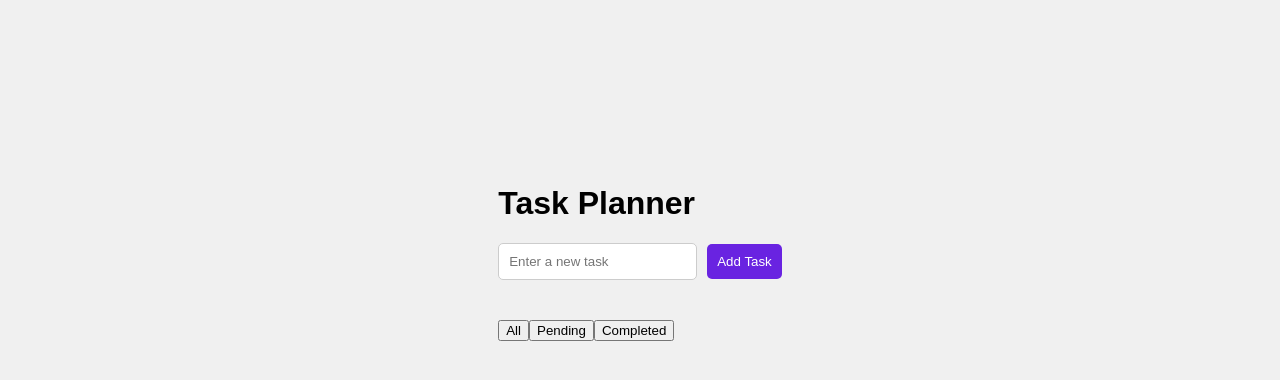
Repository: jgache/COMP-3170-0-Lab4
Page: /
An editor plug-in stored every save of this project. The page is shown before and after the next save, followed by the edit.
The browser window is 1280 px wide. The pictures show the whole page.
The project was rebuilt for these pictures with package versions that can differ from the ones it lists, and the page was loaded fresh each time. Also part of the build but not shown: vite.config.js, src/components/Task.jsx.

Above is the page before, as saved 2024-10-29 22:22:03.

After the next save:
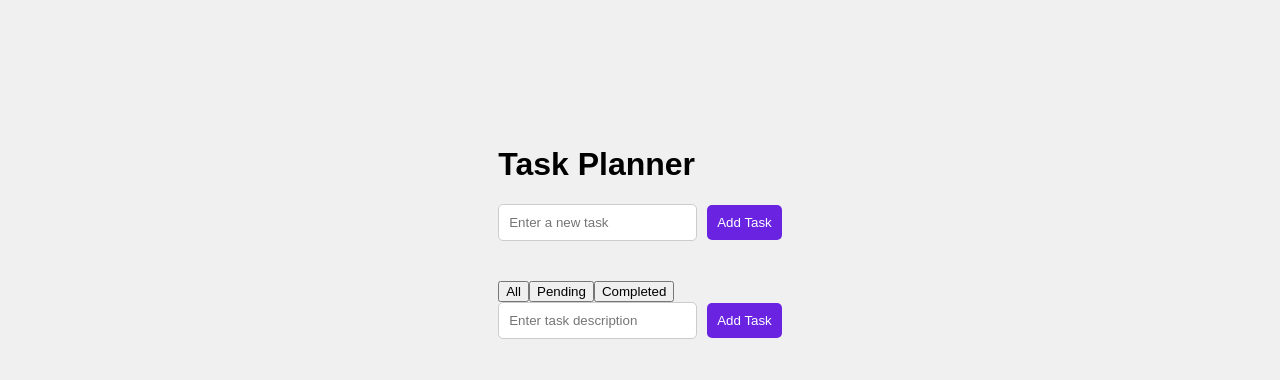
Saved 85 s later.
--- a/src/components/TaskList.jsx
+++ b/src/components/TaskList.jsx
@@ -1,18 +1,31 @@
-import Task from "./Task";
+import React, { useState } from 'react';
 
-function TaskList({ tasks, toggleComplete, deleteTask }) {
+function TaskForm({ addTask }) {
+    const [description, setDescription] = useState("");
+
+    const handleSubmit = (e) => {
+        e.preventDefault();
+        if (description.trim()) {
+            addTask({
+                id: Date.now(), // unique ID for each task
+                description,
+                completed: false // default to incomplete
+            });
+            setDescription(""); // reset input
+        }
+    };
+
     return (
-        <div className="task-list">
-            {tasks.map(task => (
-                <Task
-                    key={task.id}
-                    task={task}
-                    toggleComplete={toggleComplete}
-                    deleteTask={deleteTask}
-                />
-            ))}
-        </div>
+        <form onSubmit={handleSubmit}>
+            <input
+                type="text"
+                value={description}
+                onChange={(e) => setDescription(e.target.value)}
+                placeholder="Enter task description"
+            />
+            <button type="submit">Add Task</button>
+        </form>
     );
 }
 
-export default TaskList;
+export default TaskForm;

After the save that followed:
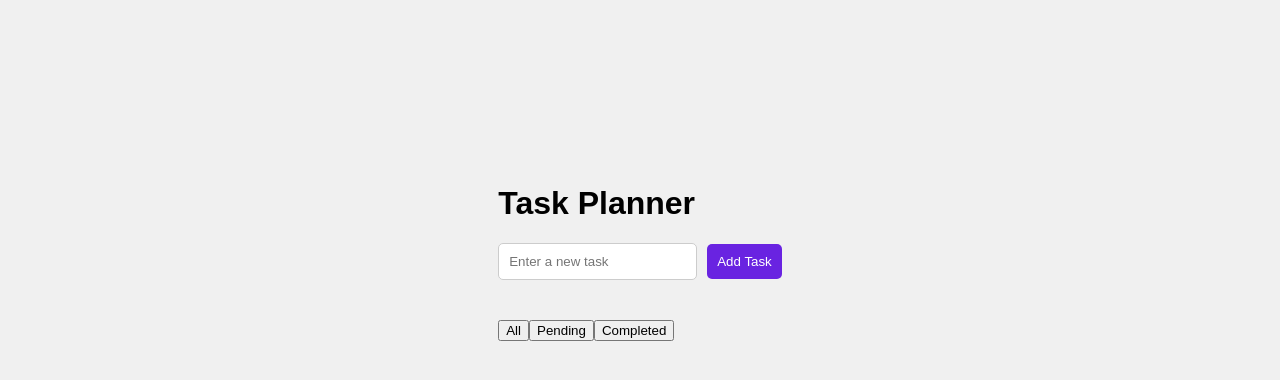
Saved 7 s later.
--- a/src/components/TaskList.jsx
+++ b/src/components/TaskList.jsx
@@ -1,31 +1,18 @@
-import React, { useState } from 'react';
+import Task from "./Task";
 
-function TaskForm({ addTask }) {
-    const [description, setDescription] = useState("");
-
-    const handleSubmit = (e) => {
-        e.preventDefault();
-        if (description.trim()) {
-            addTask({
-                id: Date.now(), // unique ID for each task
-                description,
-                completed: false // default to incomplete
-            });
-            setDescription(""); // reset input
-        }
-    };
-
+function TaskList({ tasks, toggleComplete, deleteTask }) {
     return (
-        <form onSubmit={handleSubmit}>
-            <input
-                type="text"
-                value={description}
-                onChange={(e) => setDescription(e.target.value)}
-                placeholder="Enter task description"
-            />
-            <button type="submit">Add Task</button>
-        </form>
+        <div className="task-list">
+            {tasks.map(task => (
+                <Task
+                    key={task.id}
+                    task={task}
+                    toggleComplete={toggleComplete}
+                    deleteTask={deleteTask}
+                />
+            ))}
+        </div>
     );
 }
 
-export default TaskForm;
+export default TaskList;
